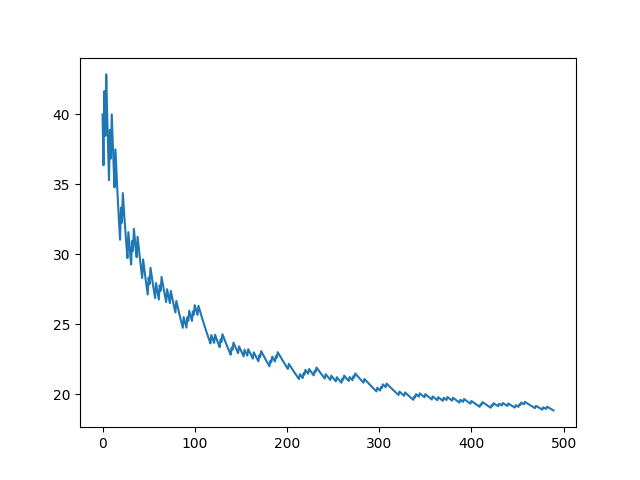
Repository: Vorztek/Data
Script's output: python Exercices_Python/Old_project/Maths_and_algorithms/Première_série_exo/génération_nombre_premiers.py
The author's editor kept a copy of each file at every save. The script's output is drawn from the files as they stood at one save, then again after the next save.
Random numbers start from a fixed seed.

Above is the script's output before, as saved 2021-07-28 14:23:36.

After the next save:
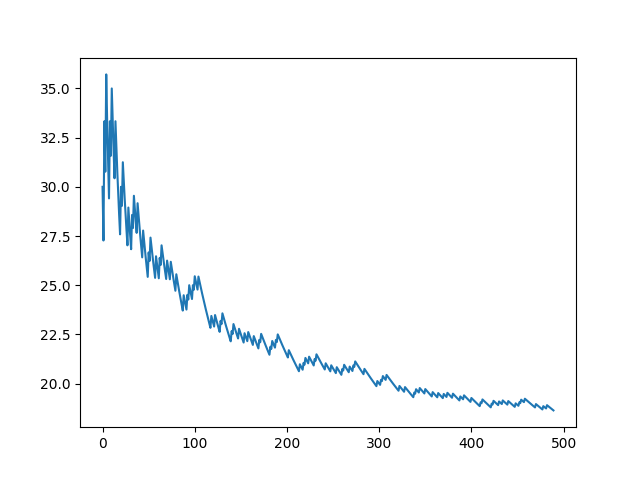
Saved 79 s later.
--- a/Exercices_Python/Old_project/Maths_and_algorithms/Première_série_exo/génération_nombre_premiers.py
+++ b/Exercices_Python/Old_project/Maths_and_algorithms/Première_série_exo/génération_nombre_premiers.py
@@ -2,7 +2,7 @@ import matplotlib.pyplot as plt
 import numpy as np
 
 def is_prime(p):
-    if p < 2:
+    if p < 3:
         return False
     for j in range(2, p):
         if p % j == 0:
